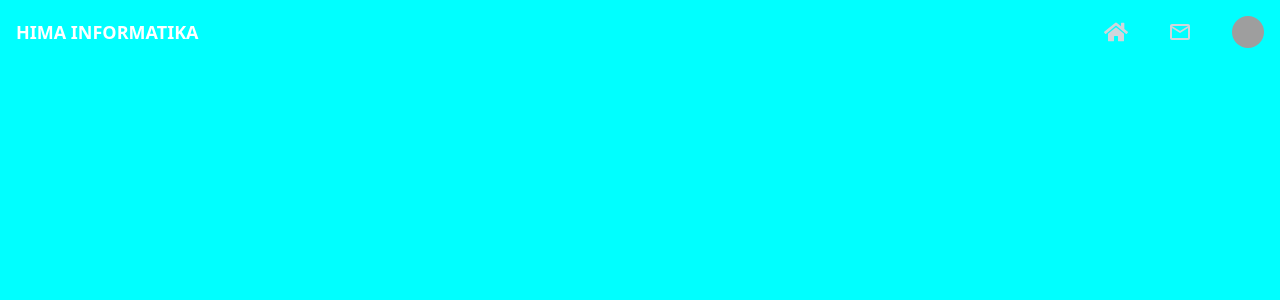
Repository: MUHAMADTEGARWIJAYA/himaif
Page: /
The author's editor kept a copy of each file at every save. The page is drawn from the files as they stood at one save, then again after the next save.
The browser window is 1280 px wide. The pictures show the whole page.
Pictures or frames that could not be fetched are drawn as grey boxes. The project was rebuilt for these pictures with package versions that can differ from the ones it lists, and the page was loaded fresh each time. Also part of the build but not shown: vite.config.js.

Above is the page before, as saved 2024-12-21 10:16:29.

After the next save:
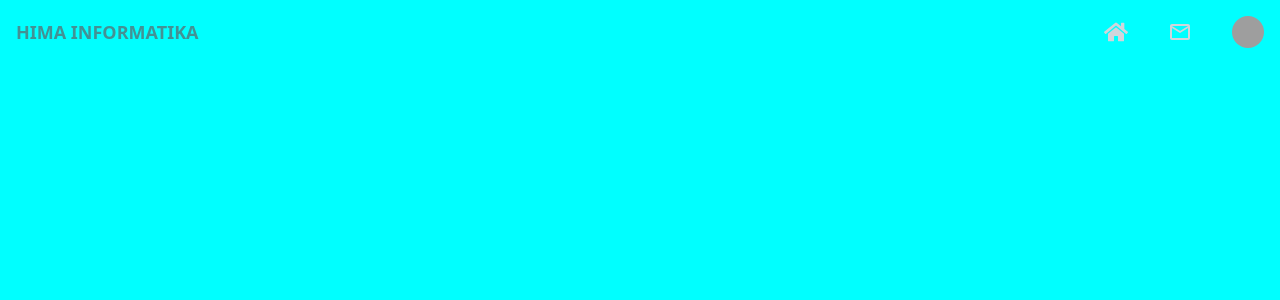
Saved 90 s later.
--- a/src/pages/Navbar.jsx
+++ b/src/pages/Navbar.jsx
@@ -26,7 +26,7 @@ const Navbar = () => {
   return (
     <div className="relative">
       <div
-        className={`flex items-center p-4 bg-transparent justify-between space-x-5 text-white  transition-transform duration-300 ${
+        className={`flex items-center p-4 bg-transparent justify-between space-x-5 text-[#439194]  transition-transform duration-300 ${
           isVisible ? "translate-y-0" : "-translate-y-full"
         }`}
       >
